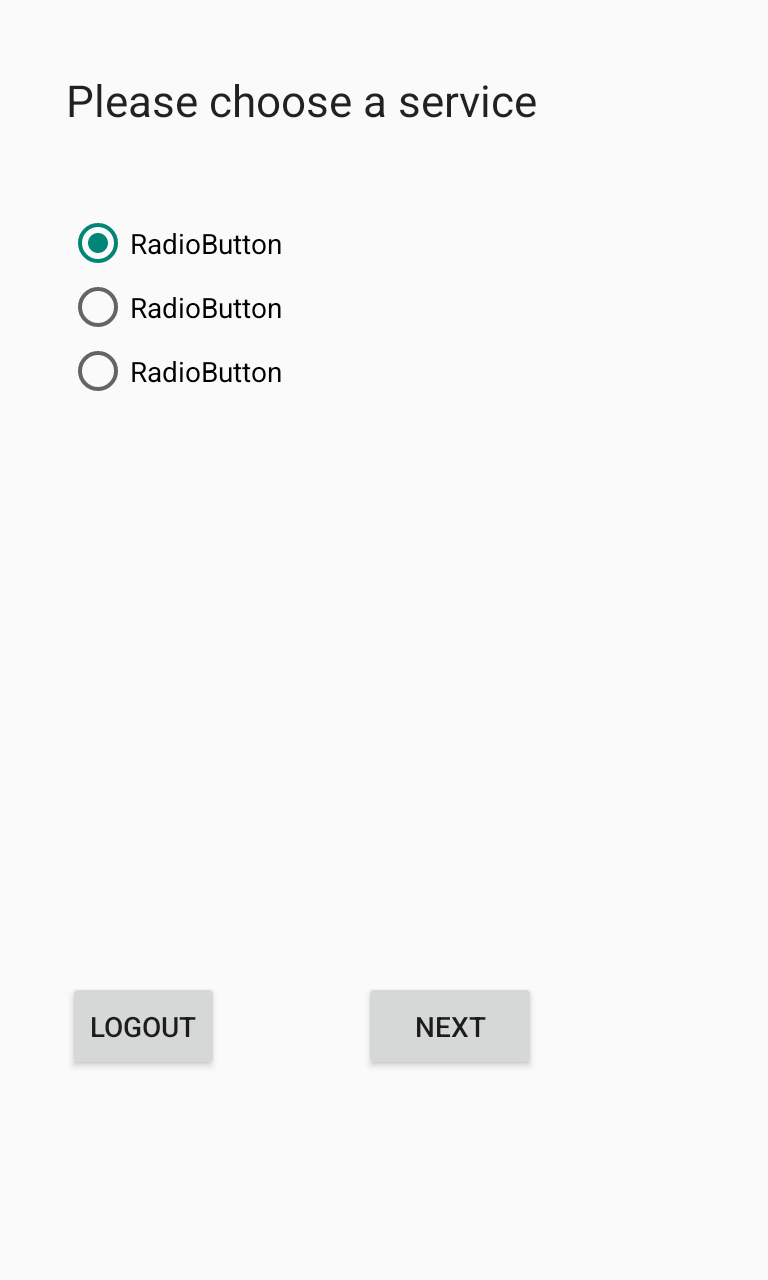
Repository: nave29/sem_1
Layout: VERSION_0.0/sem1_gica/res/layout/activity_list_services.xml
An editor plug-in stored every save of this project. The layout is shown before and after the next save, followed by the edit.
It is drawn on a 768 x 1280 px phone screen (xhdpi) without system bars, with theme AppTheme; the app's code is not run.

Above is the layout before, as saved 2014-09-08 09:40:07.

After the next save:
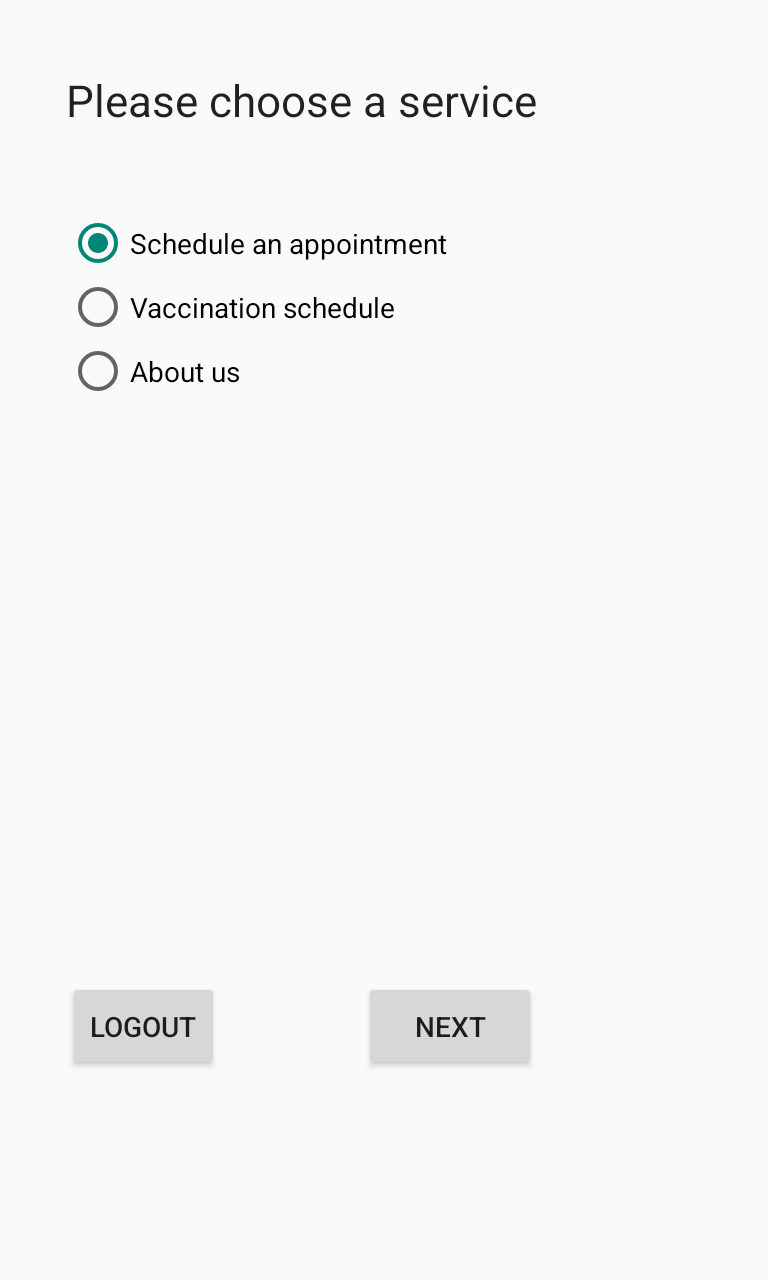
Saved 46 s later.
--- a/VERSION_0.0/sem1_gica/res/layout/activity_list_services.xml
+++ b/VERSION_0.0/sem1_gica/res/layout/activity_list_services.xml
@@ -40,19 +40,19 @@
             android:layout_width="wrap_content"
             android:layout_height="wrap_content"
             android:checked="true"
-            android:text="RadioButton" />
+            android:text="Schedule an appointment" />
 
         <RadioButton
             android:id="@+id/radio1"
             android:layout_width="wrap_content"
             android:layout_height="wrap_content"
-            android:text="RadioButton" />
+            android:text="Vaccination schedule" />
 
         <RadioButton
             android:id="@+id/radio2"
             android:layout_width="wrap_content"
             android:layout_height="wrap_content"
-            android:text="RadioButton" />
+            android:text="About us" />
     </RadioGroup>
 
     <Button
